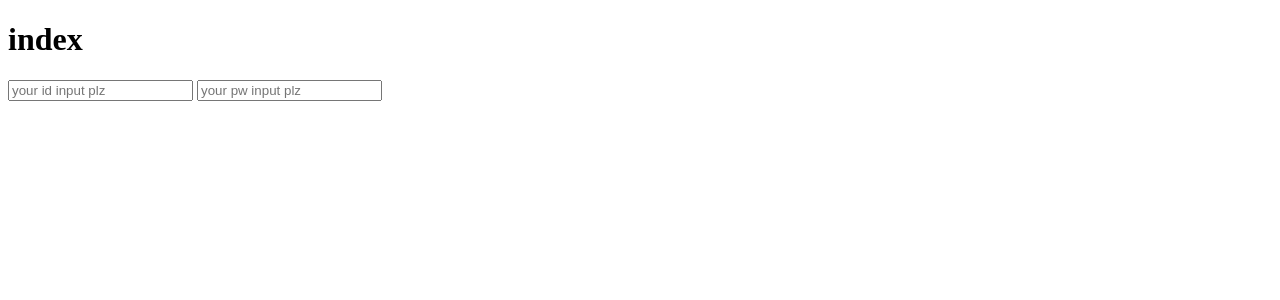
Repository: Ryeom/java_190710
Page: http://localhost/190910_jsp/views/index.jsp
The author's editor kept a copy of each file at every save. The page is drawn from the files as they stood at one save, then again after the next save.
The browser window is 1280 px wide. The pictures show the whole page.
The page is served by Tomcat 9. Nobody is signed in. The application's start-up code is not run.

Above is the page before, as saved 2019-09-10 06:31:29.

### 190910_jsp/WebContent/views/index.jsp
<%@ page language="java" contentType="text/html; charset=EUC-KR"
    pageEncoding="EUC-KR"%>
<!DOCTYPE html>
<html>
<head>
<meta charset="EUC-KR">
<title>index.jsp</title>
</head>
<body>
<h1>index</h1>
<input type="text" id="user_id" placeholder="your id input plz"/>
<input type="text" id="user_pw" placeholder="your pw input plz"/>
</body>
</html>

After the next save:
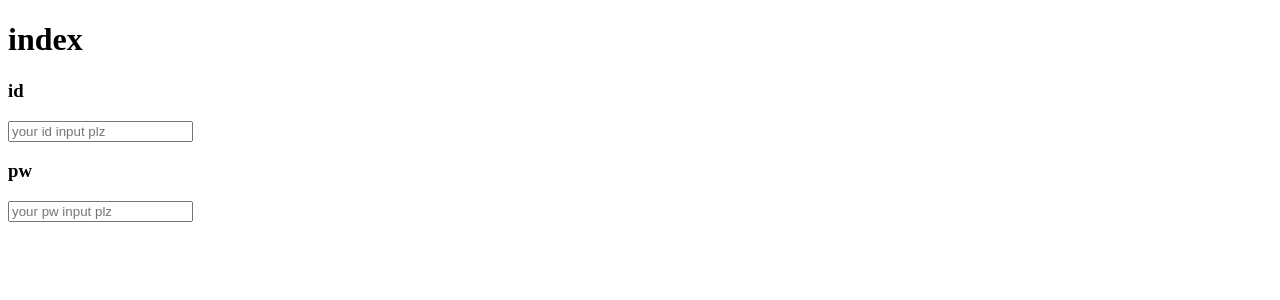
Saved 80 s later.
--- a/190910_jsp/WebContent/views/index.jsp
+++ b/190910_jsp/WebContent/views/index.jsp
@@ -8,7 +8,7 @@
 </head>
 <body>
 <h1>index</h1>
-<input type="text" id="user_id" placeholder="your id input plz"/>
-<input type="text" id="user_pw" placeholder="your pw input plz"/>
+<h3>id</h3><input type="text" id="user_id" placeholder="your id input plz"/>
+<h3>pw</h3><input type="text" id="user_pw" placeholder="your pw input plz"/>
 </body>
 </html>
